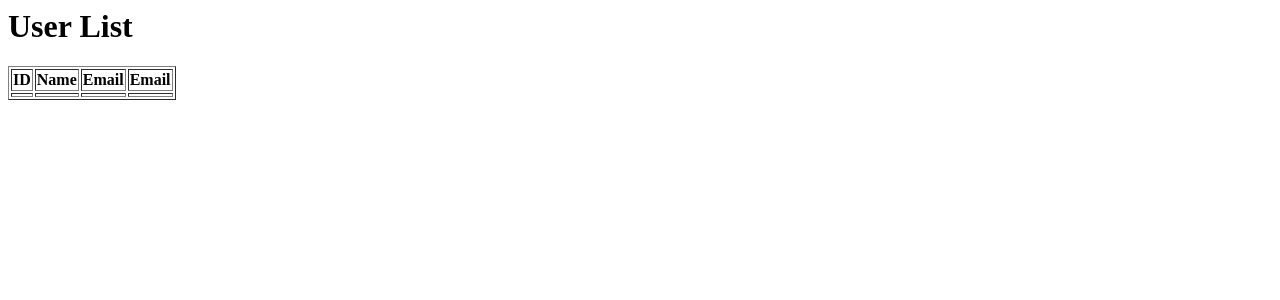
Repository: UrinduYatawakaa/OOP_project
Page: http://localhost/ProductDemo/allProduct.jsp
The author's editor kept a copy of each file at every save. The page is drawn from the files as they stood at one save, then again after the next save.
The browser window is 1280 px wide. The pictures show the whole page.
The page is served by Tomcat 9.

Above is the page before, as saved 2023-10-23 12:42:24.

After the next save:
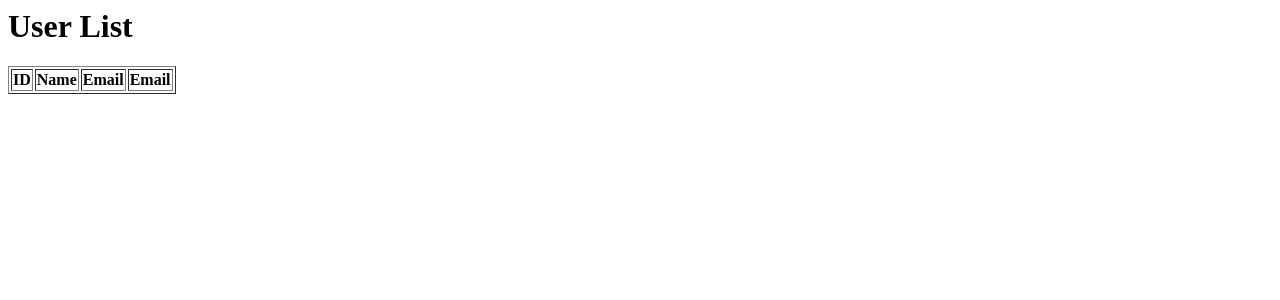
Saved 3 min 36 s later.
--- a/oop project/ProductDemo/src/main/webapp/allProduct.jsp
+++ b/oop project/ProductDemo/src/main/webapp/allProduct.jsp
@@ -1,5 +1,6 @@
-<%@ page contentType="text/html;charset=UTF-8" language="java" %>
-<html>
+<%@ page language="java" contentType="text/html; charset=ISO-8859-1"
+    pageEncoding="ISO-8859-1"%>
+    <%@taglib prefix="c" uri="http://java.sun.com/jsp/jstl/core"%><html>
 <head>
     <title>User List</title>
 </head>
